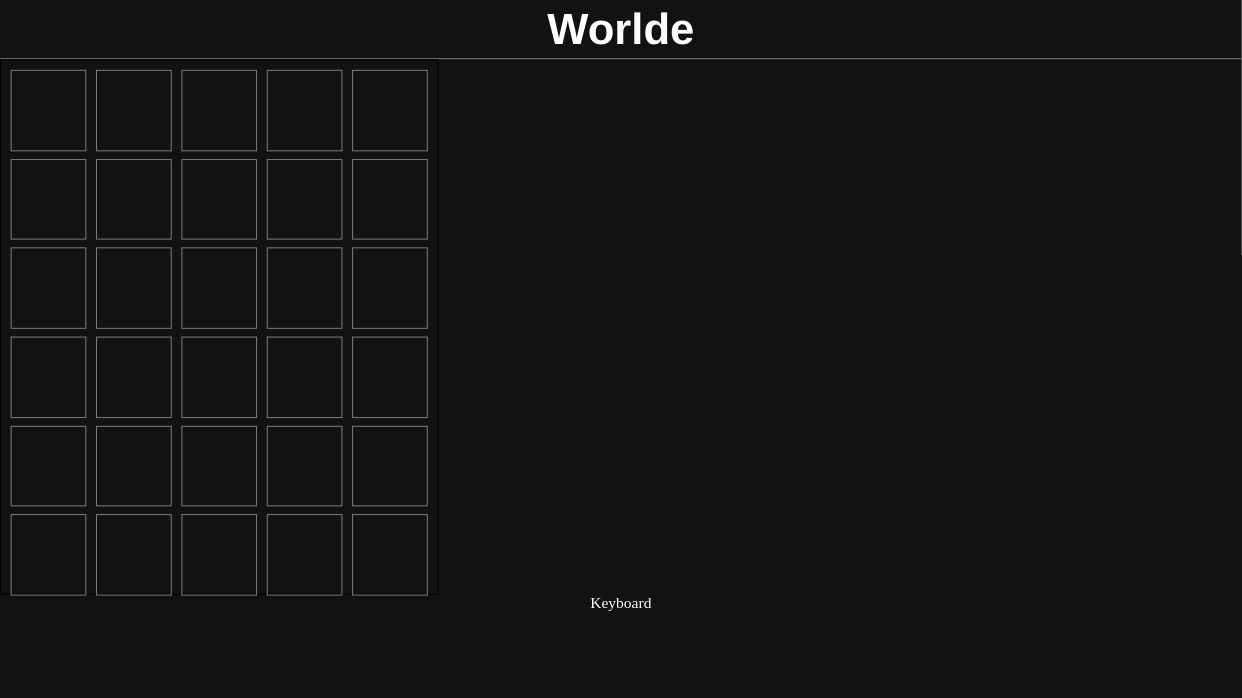
Repository: azizdeghais/Wordle
Page: /
These files come from the project's save history. The page is drawn as it stood at one moment and after the next save; the edit follows.
The browser window is 1280 px wide. The pictures show the whole page, at 97% of full size.
The project was rebuilt for these pictures with package versions that can differ from the ones it lists, and the page was loaded fresh each time.

Above is the page before, as saved 2022-11-30 10:01:25.

### src/App.js
import './App.css';
import Board from './Components/Board';
import Keyboard from './Components/Keyboard';
import {createContext,useState } from 'react'
import {boardDefault} from  "./Words"

export const AppContext = createContext();

function App() {
  const [board,setBoard]=useState(boardDefault);

  return (
    <div className="App">
     <nav><h1>Worlde</h1></nav>
     <AppContext.Provider value={{board,setBoard}}>
     <Board />
     <Keyboard />
     </AppContext.Provider>
    </div>
  );
}

export default App;

### src/Components/Board.js
import React,{useState} from 'react'
import { boardDefault } from '../Words'
import Letter  from './Letter';

function Board() {


  return (
    <div className='board'>
        <div className='row'>
          <Letter letterPos={0} attemptVal={0}></Letter>
          <Letter letterPos={1} attemptVal={0}></Letter>
          <Letter letterPos={2} attemptVal={0}></Letter>
          <Letter letterPos={3} attemptVal={0}></Letter>
          <Letter letterPos={4} attemptVal={0}></Letter>
          </div>
        <div className='row'>
          <Letter letterPos={0} attemptVal={1}></Letter>
          <Letter letterPos={1} attemptVal={1}></Letter>
          <Letter letterPos={2} attemptVal={1}></Letter>
          <Letter letterPos={3} attemptVal={1}></Letter>
          <Letter letterPos={4} attemptVal={1}></Letter>
          </div>
        <div className='row'>
          <Letter letterPos={0} attemptVal={2}></Letter>
          <Letter letterPos={1} attemptVal={2}></Letter>
          <Letter letterPos={2} attemptVal={2}></Letter>
          <Letter letterPos={3} attemptVal={2}></Letter>
          <Letter letterPos={4} attemptVal={2}></Letter>
          </div>
        <div className='row'>
          <Letter letterPos={0} attemptVal={3}></Letter>
          <Letter letterPos={1} attemptVal={3}></Letter>
          <Letter letterPos={2} attemptVal={3}></Letter>
          <Letter letterPos={3} attemptVal={3}></Letter>
          <Letter letterPos={4} attemptVal={3}></Letter>
          </div>
        <div className='row'>
          <Letter letterPos={0} attemptVal={4}></Letter>
          <Letter letterPos={1} attemptVal={4}></Letter>
          <Letter letterPos={2} attemptVal={4}></Letter>
          <Letter letterPos={3} attemptVal={4}></Letter>
          <Letter letterPos={4} attemptVal={4}></Letter>
          </div>
        <div className='row'>
          <Letter letterPos={0} attemptVal={5}></Letter>
          <Letter letterPos={1} attemptVal={5}></Letter>
          <Letter letterPos={2} attemptVal={5}></Letter>
          <Letter letterPos={3} attemptVal={5}></Letter>
          <Letter letterPos={4} attemptVal={5}></Letter>
          </div>
    </div>
  )
}

export default Board

### src/Components/Keyboard.js
import React from 'react'

function Keyboard() {
  return (
    <div>Keyboard</div>
  )
}

export default Keyboard

### src/Words.js
export const boardDefault = [
    ["", "", "", "", ""],
    ["", "", "", "", ""],
    ["", "", "", "", ""],
    ["", "", "", "", ""],
    ["", "", "", "", ""],
    ["", "", "", "", ""],
  ];

### src/Components/Letter.js
import React,{useContext} from 'react'
import App, {AppContext} from '../App'

function Letter({letterPos,attemptVal}) {
  const {board}=useContext(AppContext);
  const letter = board[attemptVal][letterPos]
  return (
    <div className='letter'>{letter}</div>
  )
}

export default Letter

Loaded but not shown: public/index.html (common file); src/index.js (common file); src/reportWebVitals.js (common file); src/App.css (common file)

After the next save:
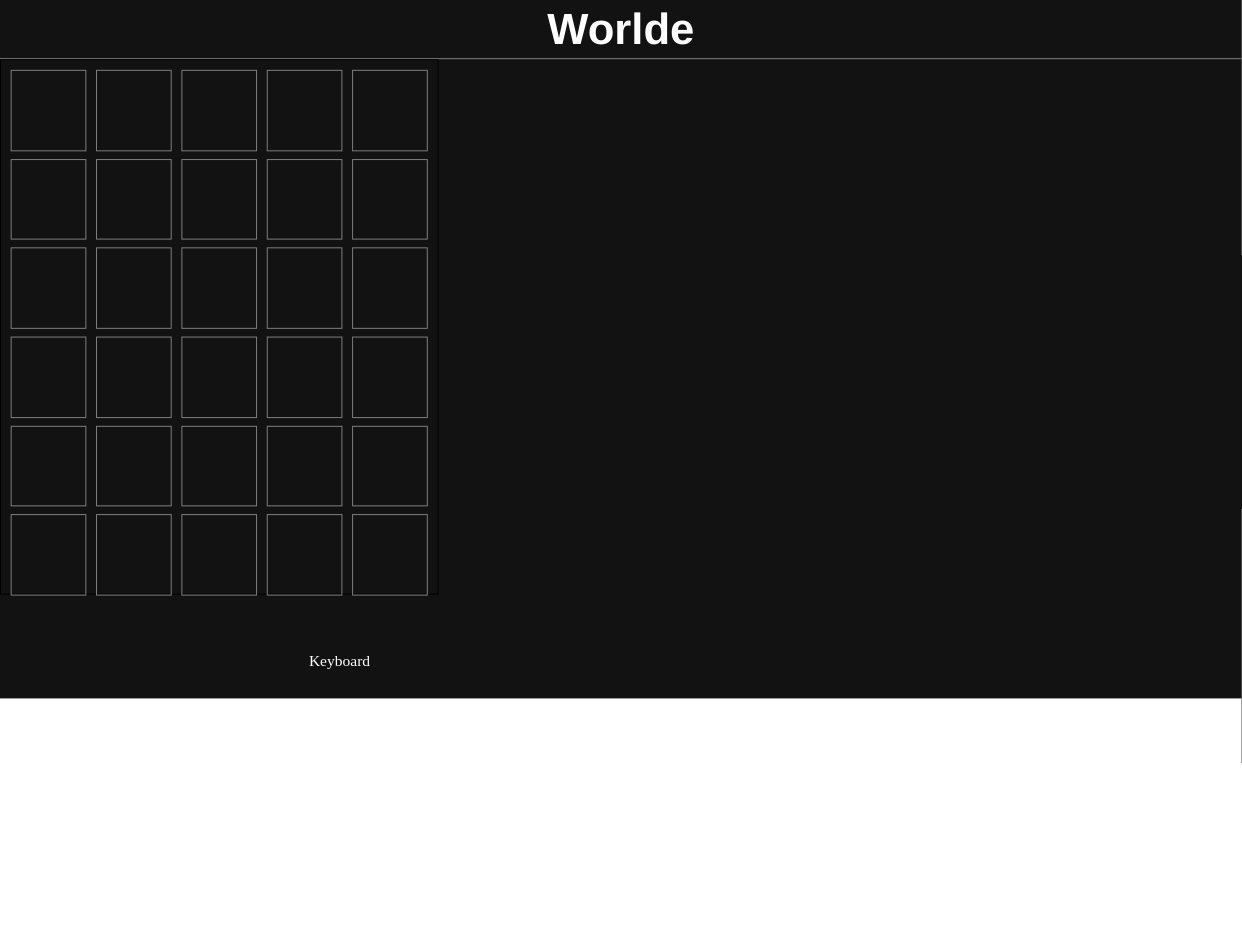
Saved 38 s later.
--- a/src/Components/Keyboard.js
+++ b/src/Components/Keyboard.js
@@ -2,7 +2,9 @@
 
 function Keyboard() {
   return (
-    <div>Keyboard</div>
+    <div className='keyboard'>
+      Keyboard
+    </div>
   )
 }
 
